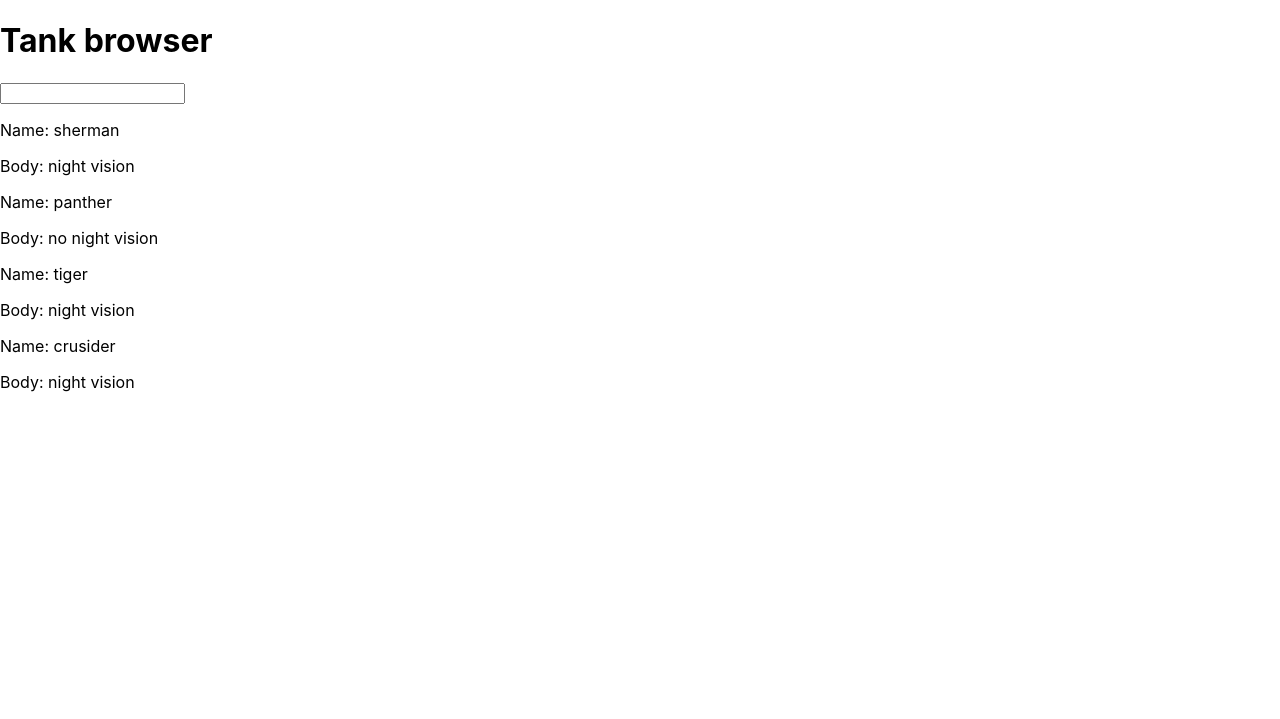
Repository: Carboplatin/TankBrowser
Page: /
These files come from the project's save history. The page is drawn as it stood at one moment and after the next save; the edit follows.
The browser window is 1280 px wide. The pictures show the whole page.
The project was rebuilt for these pictures with package versions that can differ from the ones it lists, and the page was loaded fresh each time.

Above is the page before, as saved 2019-09-17 19:51:21.

After the next save:
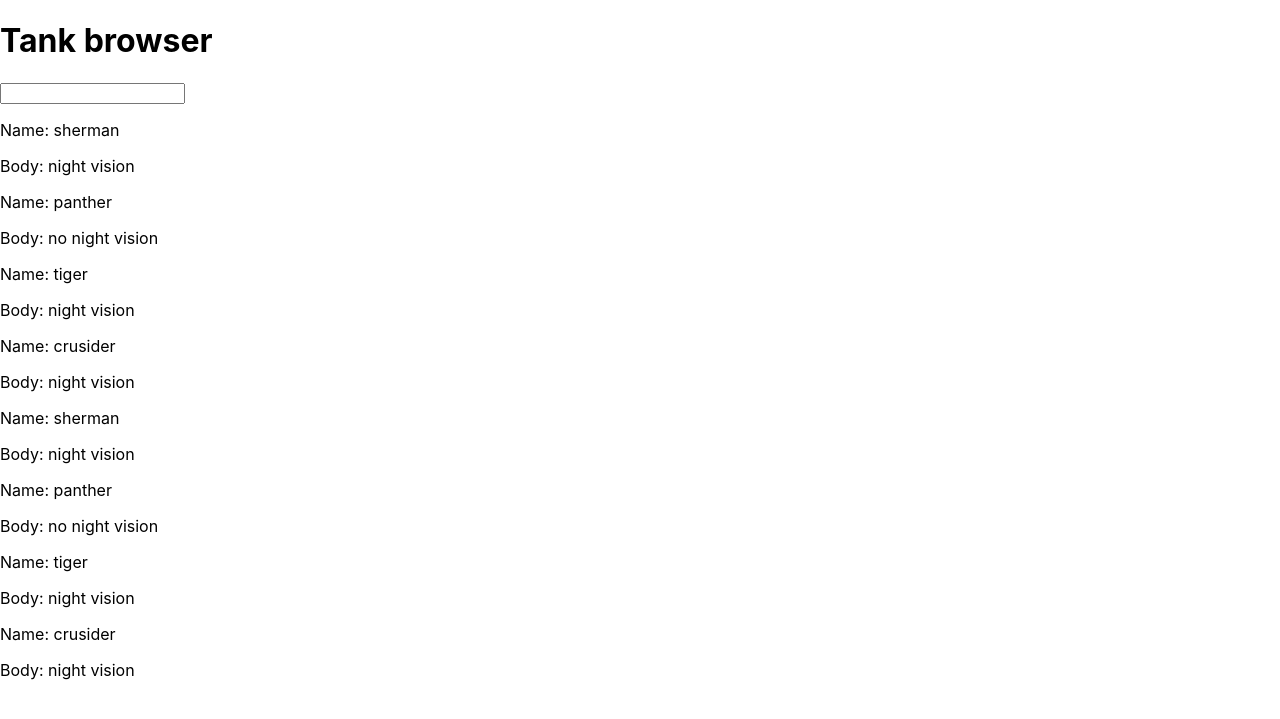
Saved 82 s later.
--- a/src/tankList.js
+++ b/src/tankList.js
@@ -6,9 +6,14 @@
     return <Tank key={i} name={tank.name} body={tank.body}/>
   })
 
+  let properties = props.filteredProperties.map((tank, i)=>{
+    return <Tank key={i} name={tank.name} body={tank.body}/>
+  })
+
   return (
     <div>
        {tanks}
+       {properties}
     </div>
   )
 }

After the save that followed:
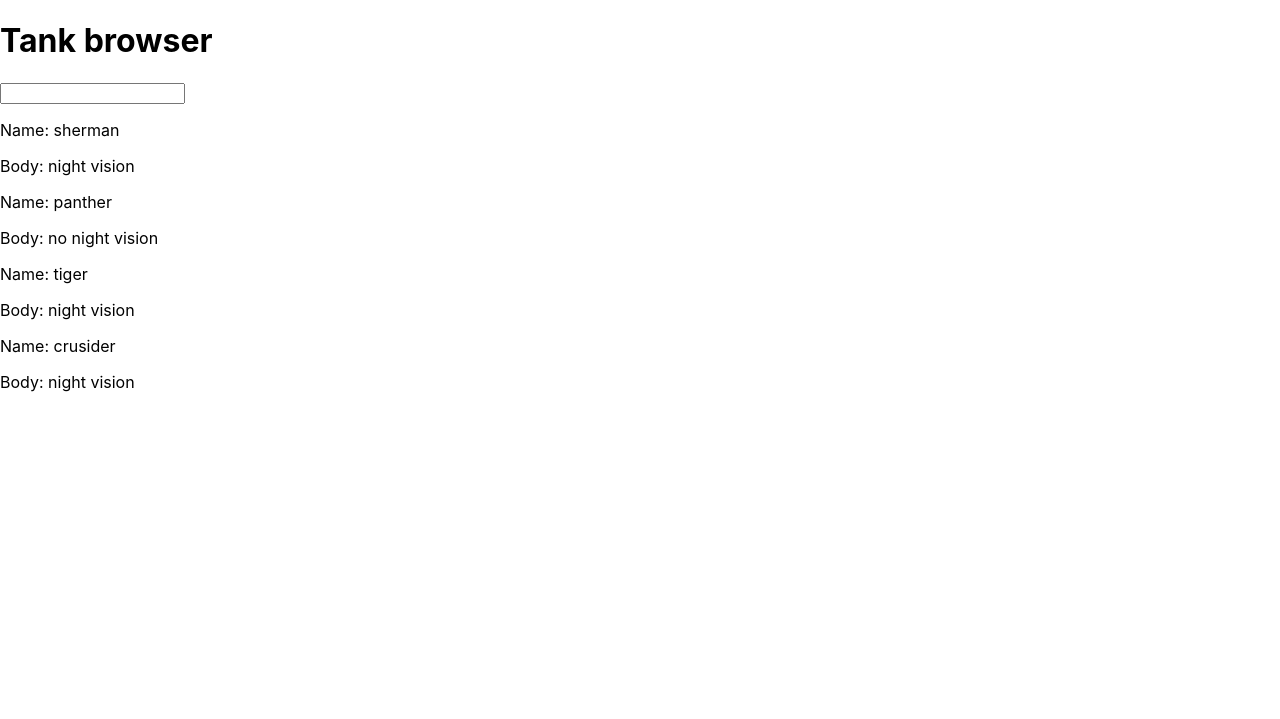
Saved 39 s later.
--- a/src/tankList.js
+++ b/src/tankList.js
@@ -12,8 +12,8 @@
 
   return (
     <div>
-       {tanks}
-       {properties}
+       {tanks, properties}
+
     </div>
   )
 }
